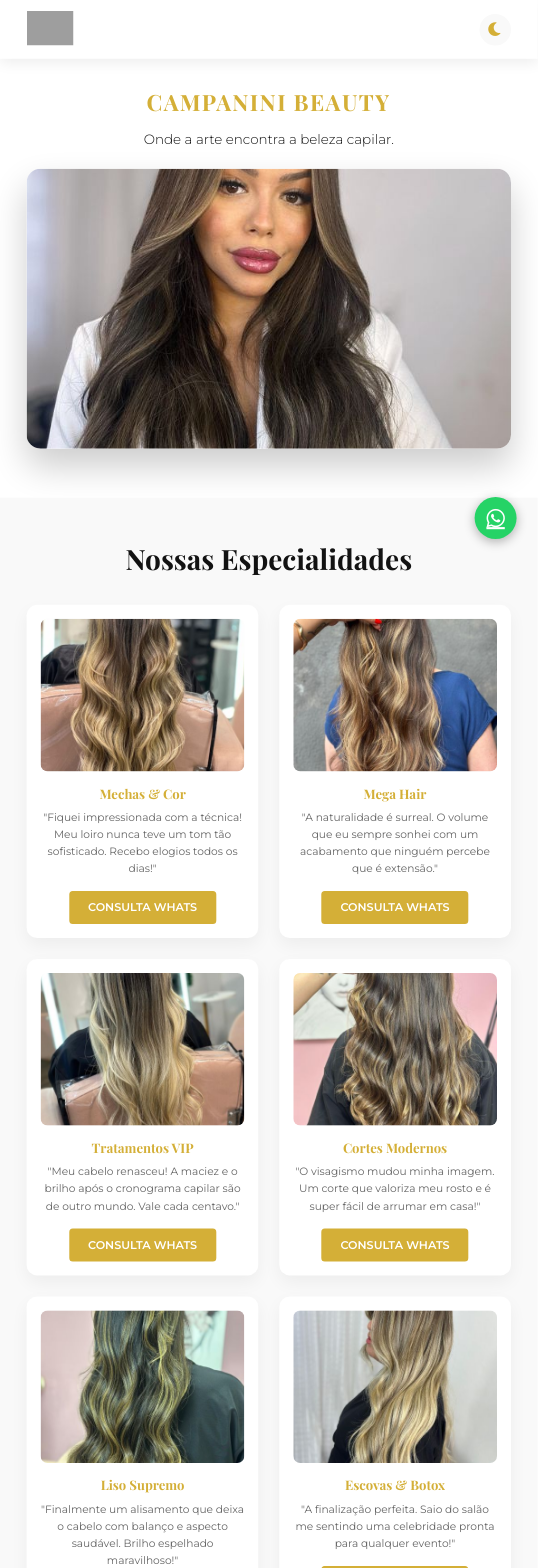
Repository: Sandro1969-tech/campanini-beauty
Page: index.html
These files come from the project's save history. The page is drawn as it stood at one moment and after a run of saves; the edit follows.
The browser window is 768 px wide. The pictures show the part of the page from y = 0 to 2240 px (the page is 3690 px tall before and 3938 px after), at 70% of full size.
Pictures or frames that could not be fetched are drawn as grey boxes. Some web fonts or font styles are not loaded; a fallback is used.

Above is the page before, as saved 2026-02-17 12:25:10.

After the next 2 saves:
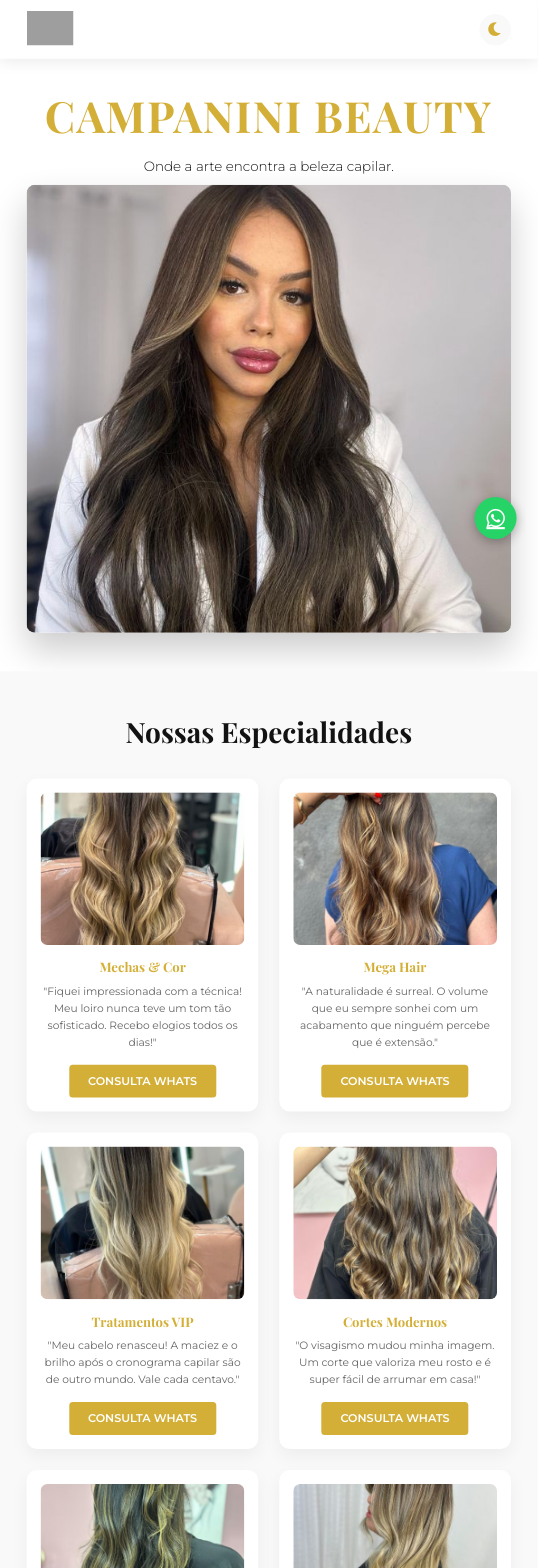
The 2 saves are shown as one change because they came seconds apart.
The last was saved 88 s later.
--- a/index.html
+++ b/index.html
@@ -172,10 +172,11 @@
         40% {transform: translateY(-10px);}
     }
 
-    @media (max-width: 768px) {
-        .pulsing-title { font-size: 2rem; }
-        .main-img { max-height: 50vh; }
-    }
+@media (max-width: 768px) {
+            .main-img {
+                min-height: 300px; /* No celular ela se ajusta para não sumir */
+                margin: 15px 0;
+                border-radius: 12px;    }
 </style>    </style>
 </head>
 <body>
